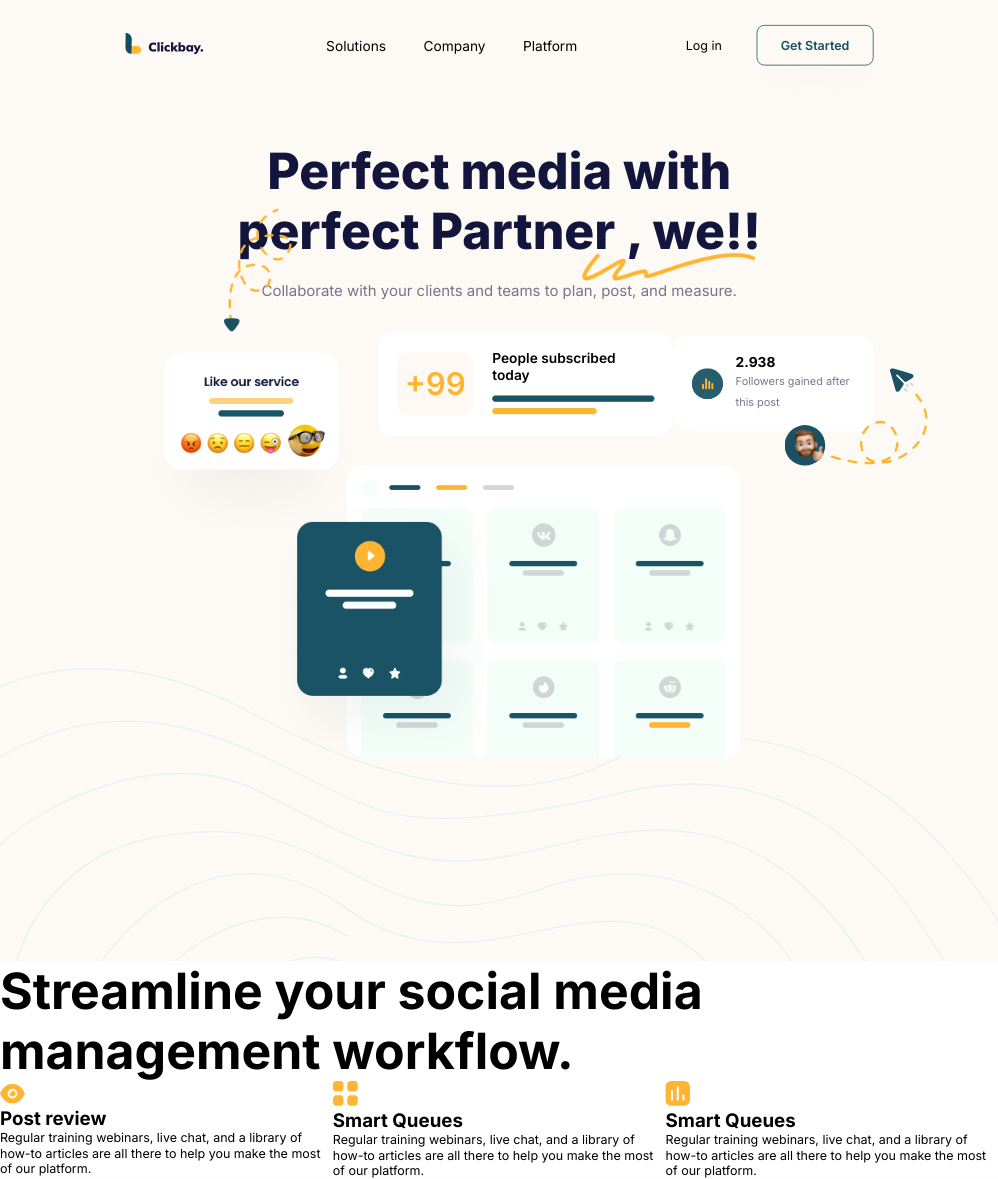
Repository: badhon252/Clickbay
Page: index.html
These files come from the project's save history. The page is drawn as it stood at one moment and after the next save; the edit follows.
The browser window is 1280 px wide. The pictures show the whole page, at 78% of full size.
The style sheet was rebuilt from its Sass, Less or Tailwind sources for each picture, by a compiler version that may differ from the author's.

Above is the page before, as saved 2022-09-05 01:43:32.

### index.html
<!DOCTYPE html>
<html lang="en">

<head>
    <meta charset="UTF-8">
    <meta http-equiv="X-UA-Compatible" content="IE=edge">
    <meta name="viewport" content="width=device-width, initial-scale=1.0">
    <link rel="stylesheet" href="./scss/style.css">
    <title>Clickbay</title>
</head>

<body>
    <header class="">
        <img src="./images/Group 676.svg" alt="" class="header-img">
        <div class="container">


            <nav class="navbar">
                <div class="navbar_brand">
                    <img src="./images/logo.svg" alt="Image not found!">
                </div>

                <ul class="nav">
                    <li class="nav-items"><a href="" class="nav-links">Solutions</a></li>
                    <li class="nav-items"><a href="" class="nav-links">Company</a></li>
                    <li class="nav-items"><a href="" class="nav-links">Platform</a></li>
                </ul>

                <div class="nav-btns">
                    <button class="btn nav-log">Log in</button>
                    <button class="btn nav-start">Get Started</button>
                </div>
            </nav>

            <div class="header-content">
                <h1 class="h1 my-4 text-center">
                    Perfect media with <br> perfect Partner , we!!
                </h1>
                <img src="./images/Vector 735.png" alt="" class="signature text-center">
                <p class="text-center">Collaborate with your clients and teams to plan, post, and measure.</p>

                <div class="company-stat">
                    <div class="row">
                        <div class="col-md-4">
                            <img src="./images/Group 689.png" class="" alt="">
                        </div>
                        <div class="col-md-4 subscriber">
                            <span class="">+99</span>
                            <div>
                                <h2>People subscribed today</h2>
                                <img src="./images/Group 678.png" alt="">
                            </div>
                        </div>
                        <div class="col-md-4 follow">
                            <div class="follower">

                                <img src="./images/Group 1037.svg" alt="">
                                <div>
                                    <h3>2.938</h3>
                                    <p>Followers gained after this post</p>
                                </div>
                            </div>
                            <div class="following">
                                <img src="./images/Group 1041.svg" alt="">
                            </div>
                        </div>
                    </div>
                </div>

                <img src="./images/Group 933.png" alt="" class="group-933">

            </div>
        </div>
    </header>

    <section class="second_section">
        <h1 class="h1">
            Streamline your social media management <span> workflow.</span>
        </h1>
        <div class="row">
            <div class="card">
                <img src="./images/Show.svg" alt="">
                <h2>Post review</h2>
                <p>Regular training webinars, live chat, and a library of how-to articles are all there to help you make
                    the most of our platform.</p>
            </div>
            <div class="card">
                <img src="./images/Category.svg" alt="">
                <h2>Smart Queues</h2>
                <p>Regular training webinars, live chat, and a library of how-to articles are all there to help you make
                    the most of our platform.</p>
            </div>
            <div class="card">
                <img src="./images/Chart.svg" alt="">
                <h2>Smart Queues</h2>
                <p>Regular training webinars, live chat, and a library of how-to articles are all there to help you make
                    the most of our platform.</p>
            </div>
        </div>
    </section>
</body>

</html>

### scss/style.scss
@import url("https://fonts.googleapis.com/css2?family=Inter:wght@400;600;700;800;900&display=swap");
* {
  margin: 0;
  padding: 0;
  box-sizing: border-box;
  font-family: "Inter", sans-serif;
  // font-family: 'Poppins';
}
.container {
  margin: 0 10rem;
}
.btn {
  outline: none;
  border: none;
  padding: 15px 30px;
  font-size: 1rem;
  background-color: transparent;
}
.h1 {
  font-size: 4rem;
}
.text-center {
  text-align: center;
}
// margin
.my-1 {
  margin: 1rem 0;
}
.my-2 {
  margin: 2rem 0;
}
.my-3 {
  margin: 3rem 0;
}
.my-4 {
  margin: 4rem 0;
}
.my-5 {
  margin: 5rem 0;
}

// grid system using flex
.row {
  display: flex;
  justify-content: space-evenly;
  align-items: center;
}
//==============================
//===================
//==============================

header {
  background-color: #fdf9f4;
  min-height: 100vh;
  position: relative;
  overflow: hidden;

  .header-img {
    position: absolute;
    bottom: 0;
    right: 0;
    z-index: 1;
    width: 100%;
  }
  .navbar {
    color: #282b4d;
    padding: 2rem 0;
    display: flex;
    justify-content: space-between;
    align-items: center;
    font-weight: 500;
    .nav {
      display: flex;
      .nav-items {
        margin-left: 3rem;
        list-style-type: none;
        .nav-links {
          text-decoration: none;
          color: black;
          font-size: 1.1rem;
          font-weight: 500;
        }
      }
    }

    .nav-start {
      border: 1px solid #1a5365;
      box-shadow: 0px 25px 35px -20px rgba(232, 236, 243, 0.5);
      border-radius: 10px;
      color: #154f61;
      font-weight: 600;
      margin-left: 10px;
    }
  }

  .header-content {
    .h1 {
      font-weight: 800;
      margin-bottom: -0.6rem;
      color: #12163c;
    }
    .signature {
      display: block;
      margin: 0 auto;
      transform: translateX(217px);
    }
    p {
      font-size: 1.2rem;
      font-weight: 500;
      line-height: 27px;
      color: #12163c94;
    }

    .company-stat {
      transform: translateY(-120px);
      .subscriber {
        display: flex;
        align-items: center;
        background-color: #fff;
        padding: 1.5rem;
        border-radius: 22px;
        span {
          font-weight: 600;
          font-size: 40px;
          line-height: 60px;
          background-color: #fef9f4;
          color: #ffb531;
          padding: 10px;
          border-radius: 15px;
          margin-right: 1.5rem;
        }
        h2 {
          font-size: 1.1rem;
          font-weight: 600;
          padding-bottom: 1rem;
        }
      }

      .follow {
        position: relative;
        z-index: 11;

        .follower {
          display: flex;
          align-items: center;
          background-color: #fff;
          padding: 1.5rem;
          border-radius: 22px;
          img {
            padding-right: 1rem;
          }
          h3 {
            font-size: 1.1rem;
          }
          p {
            font-size: 14px;
          }
        }
        .following {
          position: absolute;
          top: 42px;
          right: -70px;
        }
      }
    }

    .group-933 {
      position: relative;
      margin: 0 auto;
      top: -240px;
      display: block;
      z-index: 9999;
    }
  }
}

After the next save:
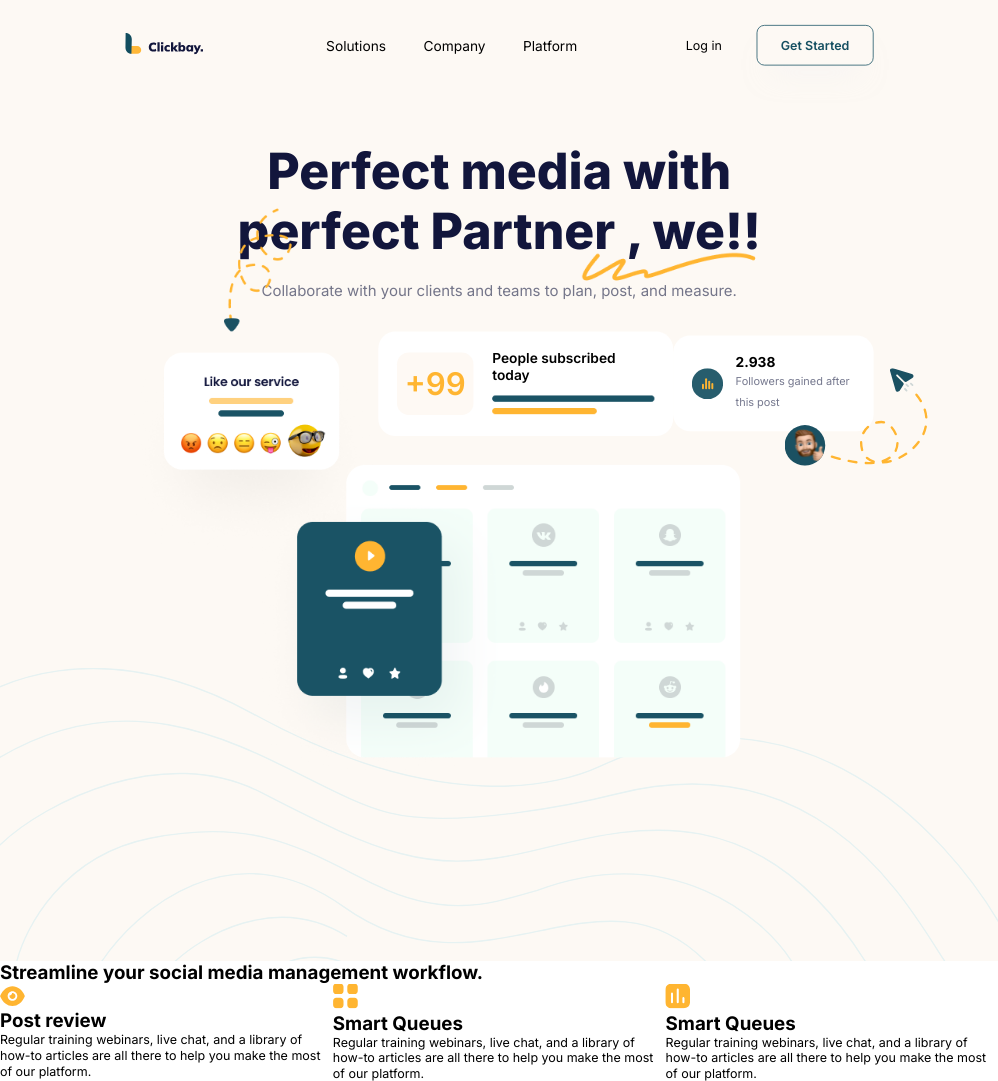
Saved 29 s later.
--- a/index.html
+++ b/index.html
@@ -74,9 +74,9 @@
     </header>
 
     <section class="second_section">
-        <h1 class="h1">
+        <h2 class="h2">
             Streamline your social media management <span> workflow.</span>
-        </h1>
+        </h2>
         <div class="row">
             <div class="card">
                 <img src="./images/Show.svg" alt="">
